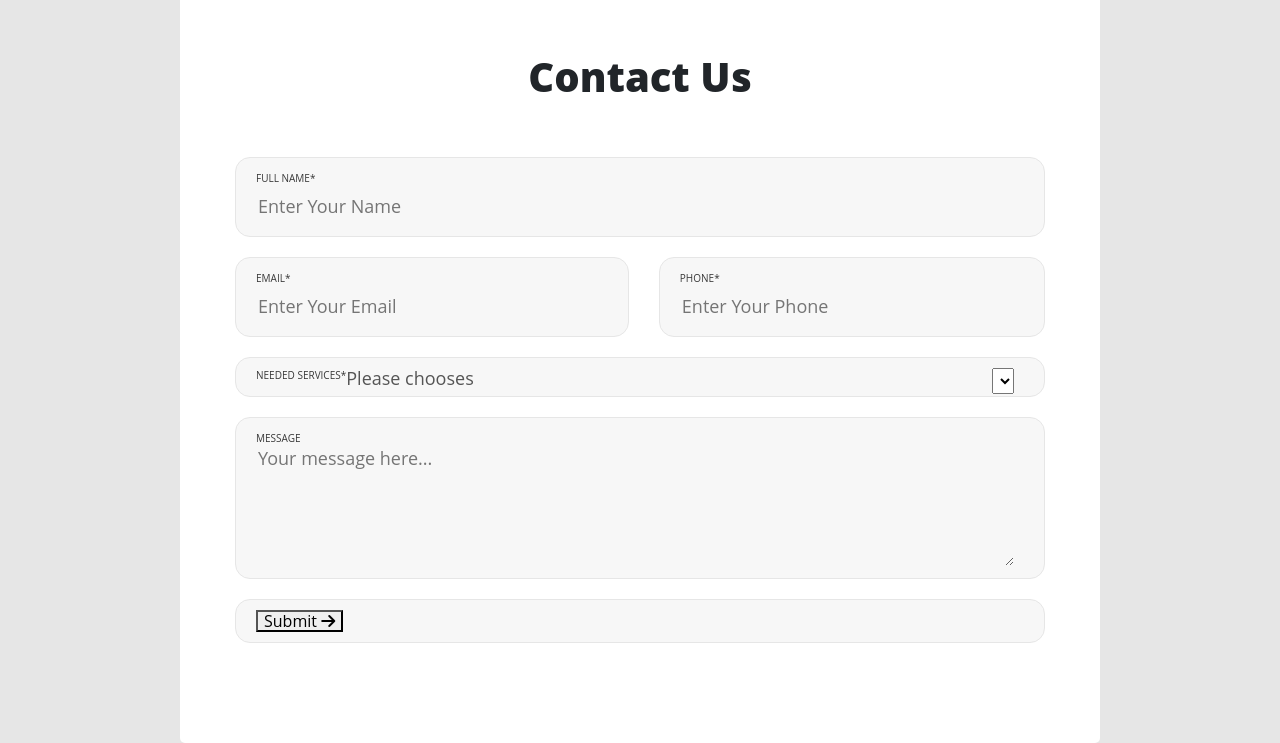
Repository: letrongtinh27/LapTrinhWeb
Page: form-contact/index.html
The author's editor kept a copy of each file at every save. The page is drawn from the files as they stood at one save, then again after the next save.
The browser window is 1280 px wide. The pictures show the whole page.

Above is the page before, as saved 2022-10-09 12:43:53.

After the next save:
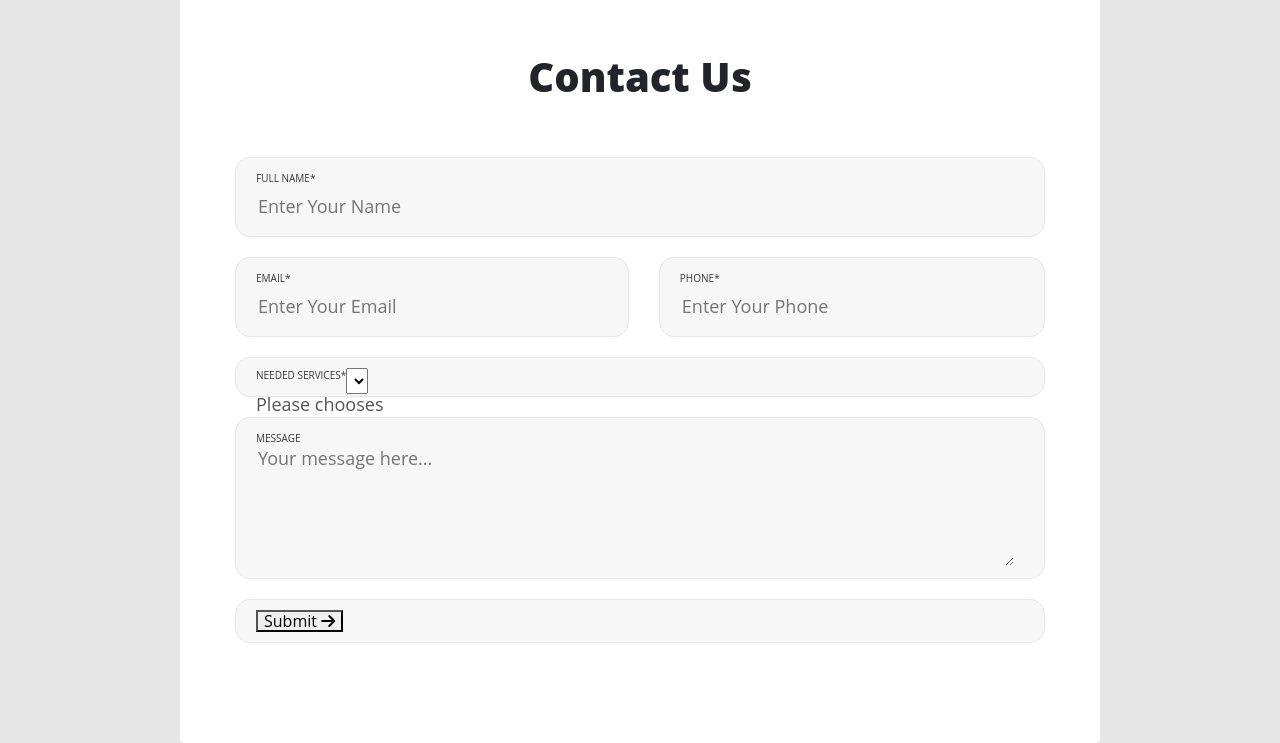
Saved 15 s later.
--- a/form-contact/style.css
+++ b/form-contact/style.css
@@ -46,9 +46,9 @@
 }
 
 
-.select #select-menu {
+/* .select #select-menu {
     float: right;
-}
+} */
 .form-group-2 > .form-group:first-child{
     margin-right: 15px;
 }

After the save that followed:
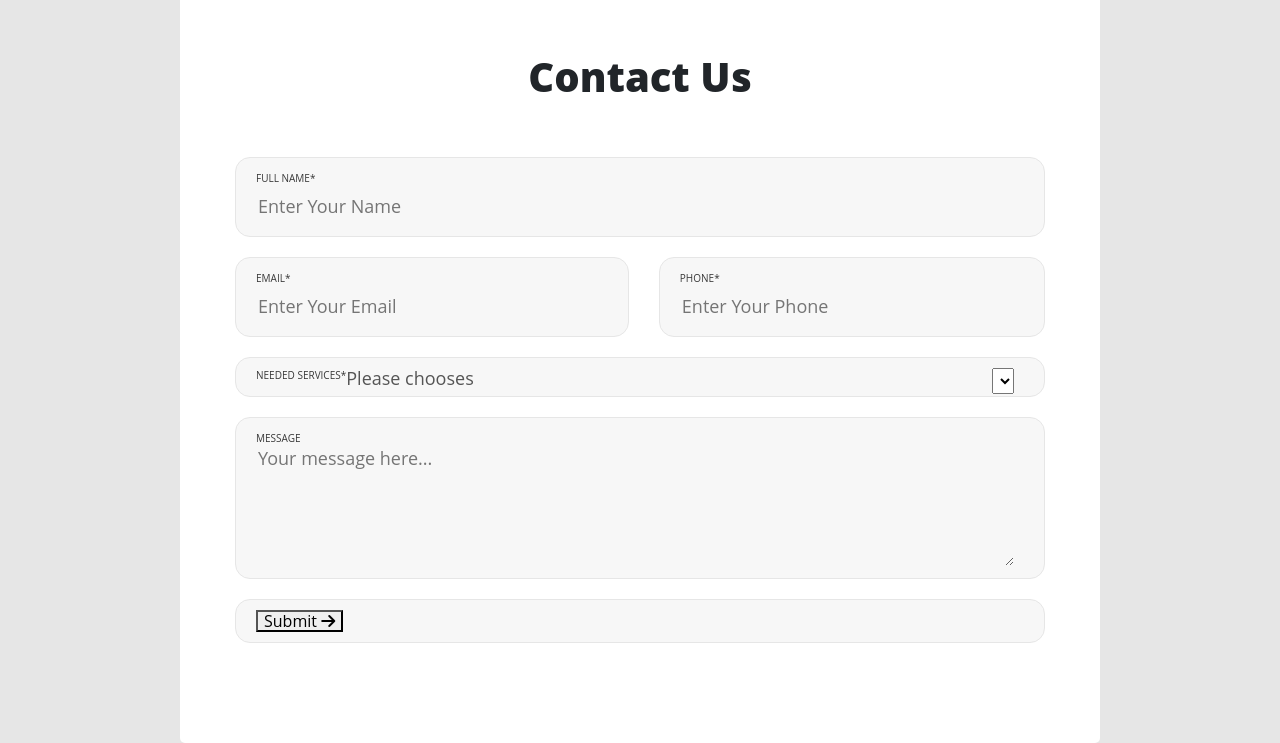
Saved 15 s later.
--- a/form-contact/style.css
+++ b/form-contact/style.css
@@ -46,9 +46,9 @@
 }
 
 
-/* .select #select-menu {
+.select #select-menu {
     float: right;
-} */
+}
 .form-group-2 > .form-group:first-child{
     margin-right: 15px;
 }
